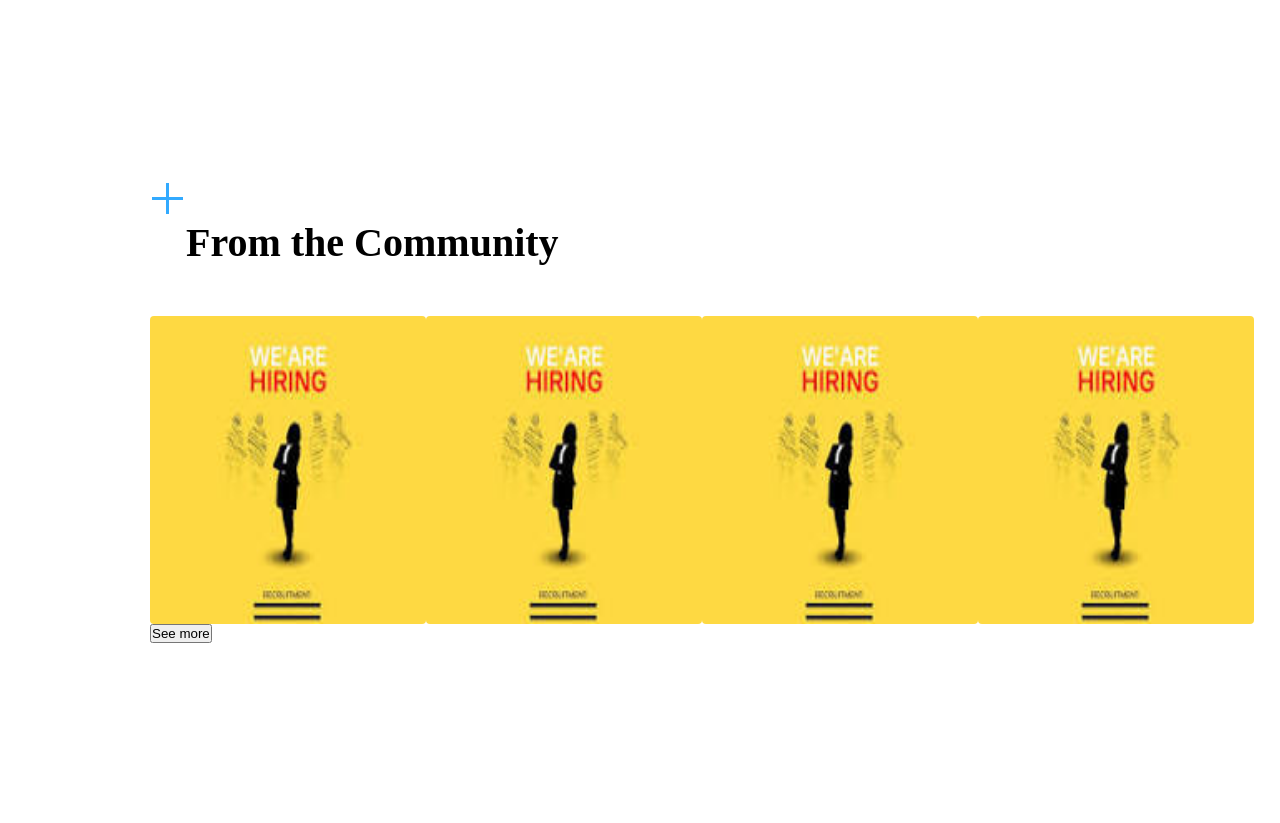
Repository: shekharyadav638/OSL_Assignment_1
Page: index.html
The author's editor kept a copy of each file at every save. The page is drawn from the files as they stood at one save, then again after the next save.
The browser window is 1280 px wide. The pictures show the whole page.
The style sheet was rebuilt from its Sass, Less or Tailwind sources for each picture, by a compiler version that may differ from the author's.

Above is the page before, as saved 2024-07-13 15:30:55.

After the next save:
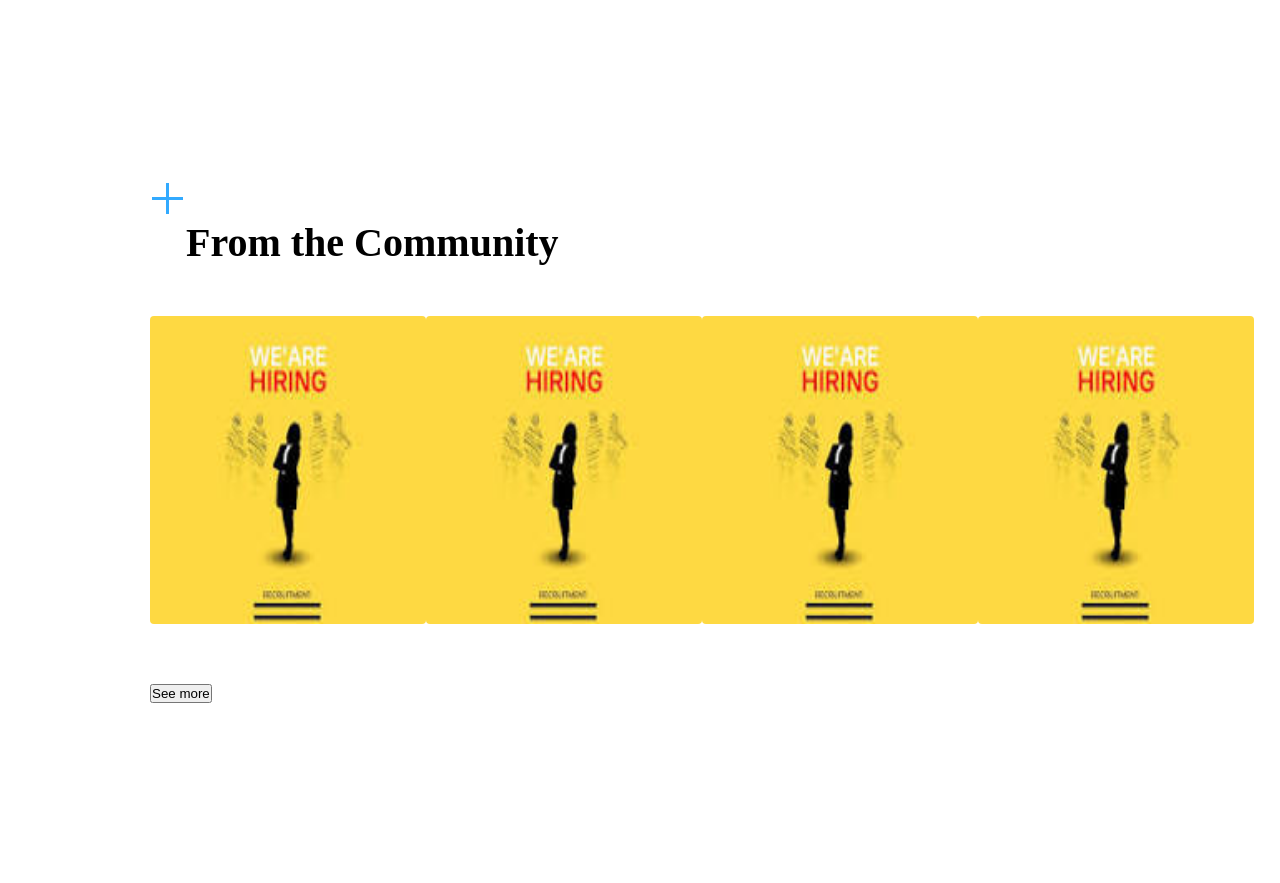
Saved 28 s later.
--- a/_hiring.scss
+++ b/_hiring.scss
@@ -34,4 +34,8 @@
       }
     }
   }
+
+  &_footer {
+    margin-top: 60px;
+  }
 }
